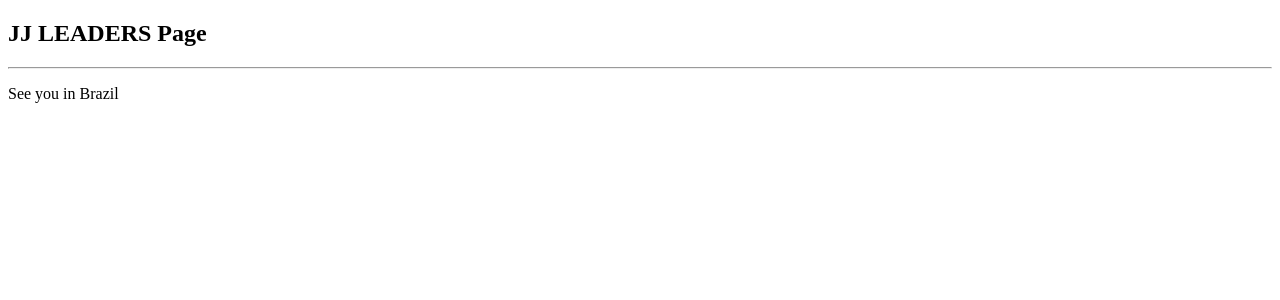
Repository: jibujacob/JavaFrameworks
Page: http://localhost/spring-security-demo-04-bootstrap-login-form/leaders
An editor plug-in stored every save of this project. The page is shown before and after the next save, followed by the edit.
The browser window is 1280 px wide. The pictures show the whole page.
The page is served by Tomcat 9.

Above is the page before, as saved 2021-08-31 05:11:48.

After the next save:
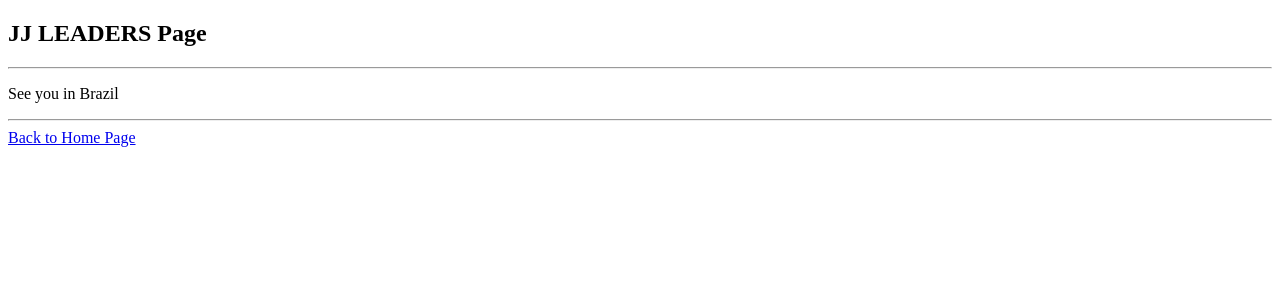
Saved 52 s later.
--- a/spring-security-demo-04-bootstrap-login-form/src/main/webapp/WEB-INF/view/showLeadersPage.jsp
+++ b/spring-security-demo-04-bootstrap-login-form/src/main/webapp/WEB-INF/view/showLeadersPage.jsp
@@ -12,5 +12,9 @@
 
 	<p>See you in Brazil<p>
 
+	<hr>
+
+	<a href="${pageContext.request.contextPath}/">Back to Home Page</a>
+
 </body>
 </html>
